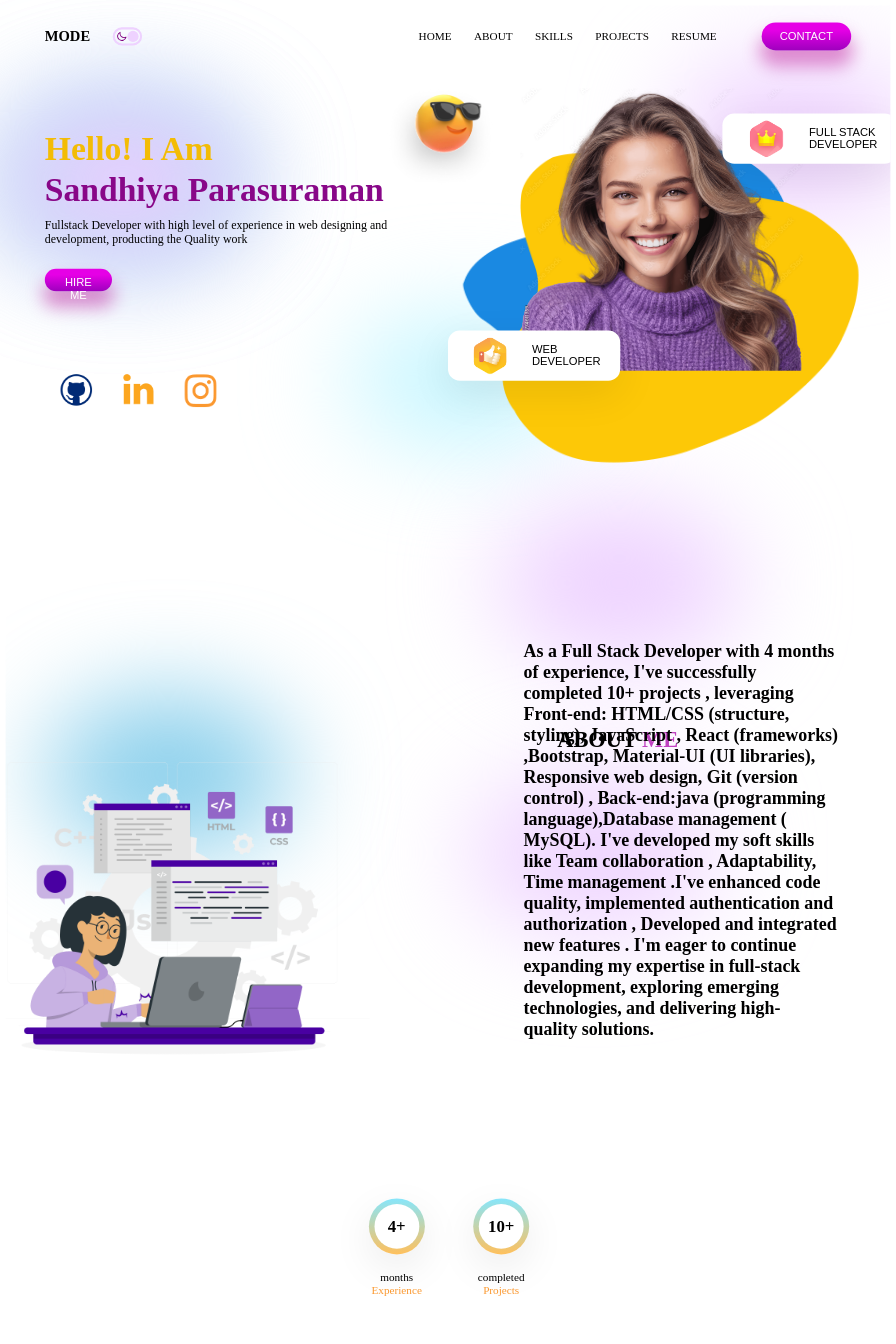
Repository: glorysandy/Protfolio
Page: /
The author's editor kept a copy of each file at every save. The page is drawn from the files as they stood at one save, then again after the next save.
The browser window is 1280 px wide. The pictures show the part of the page from y = 0 to 1920 px (the page is 4881 px tall), at 70% of full size.
The project was rebuilt for these pictures with package versions that can differ from the ones it lists, and the page was loaded fresh each time. Imported but missing from the stored project, and not drawn on this page: src/components/Services/SANDHIYA.P (RESUME).pdf.

Above is the page before, as saved 2024-10-16 21:48:05.

After the next save:
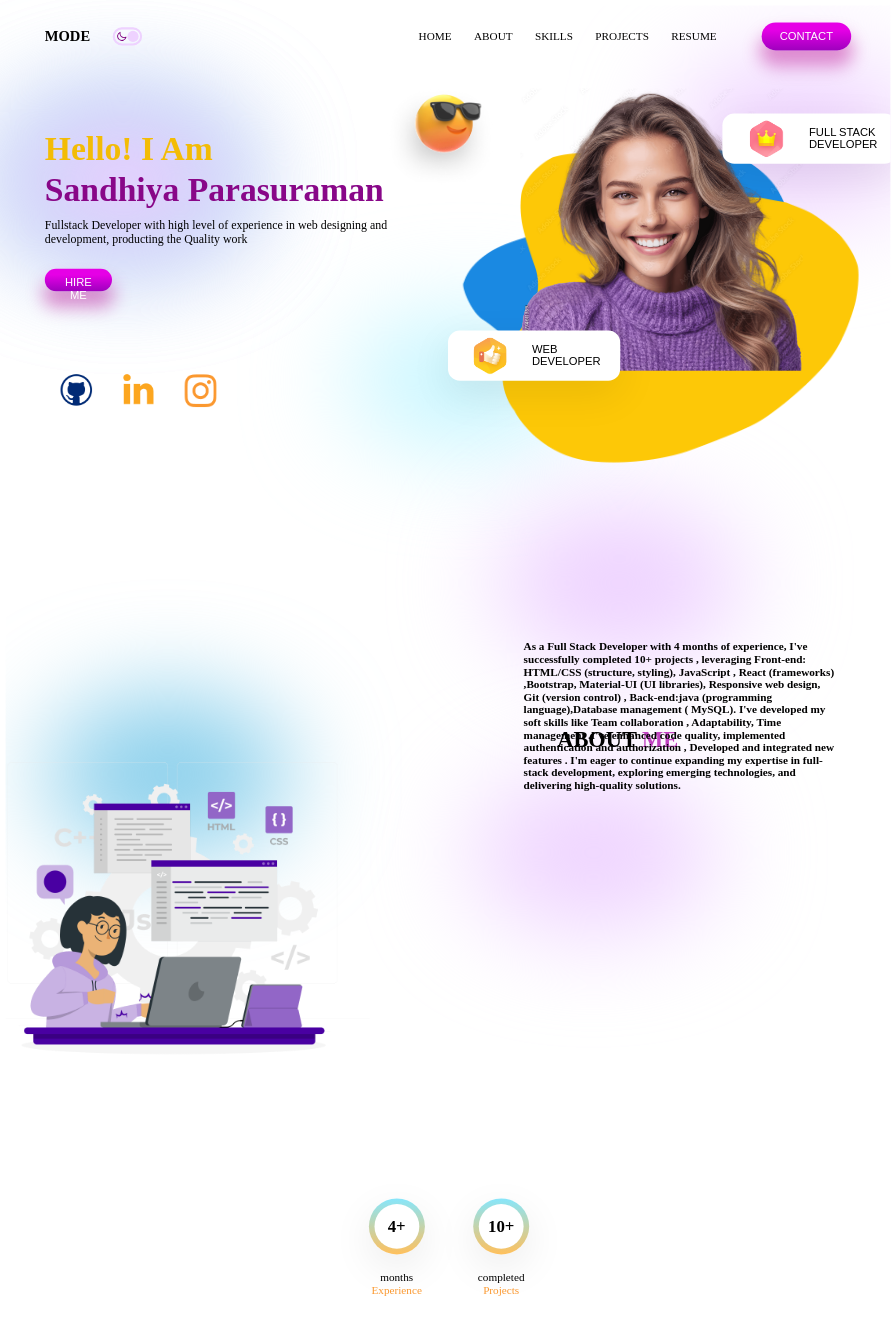
Saved 16 s later.
--- a/src/components/Testimonials/Testimonial.jsx
+++ b/src/components/Testimonials/Testimonial.jsx
@@ -17,7 +17,7 @@
           src={back}
           alt=""
         />
-</div> <div className="t-sen" style={{fontSize:"1.6rem",fontWeight: "7rem",  position: "absolute", marginTop: "-100vh" ,marginLeft: "-48px",marginRight: "18px"
+</div> <div className="t-sen" style={{fontSize:"1rem",fontWeight: "7rem",  position: "absolute", marginTop: "-100vh" ,marginLeft: "-48px",marginRight: "18px"
 }}> <span>As a Full Stack Developer with 4 months of experience, I've   successfully completed 10+ projects , leveraging Front-end:  HTML/CSS (structure, styling), JavaScript , React (frameworks) ,Bootstrap, Material-UI (UI libraries), Responsive web design, Git (version control)
 , Back-end:java (programming language),Database management ( MySQL). I've developed my soft skills like Team collaboration , Adaptability, Time management .I've enhanced code quality, implemented authentication   and authorization
 ,  Developed and integrated new features
